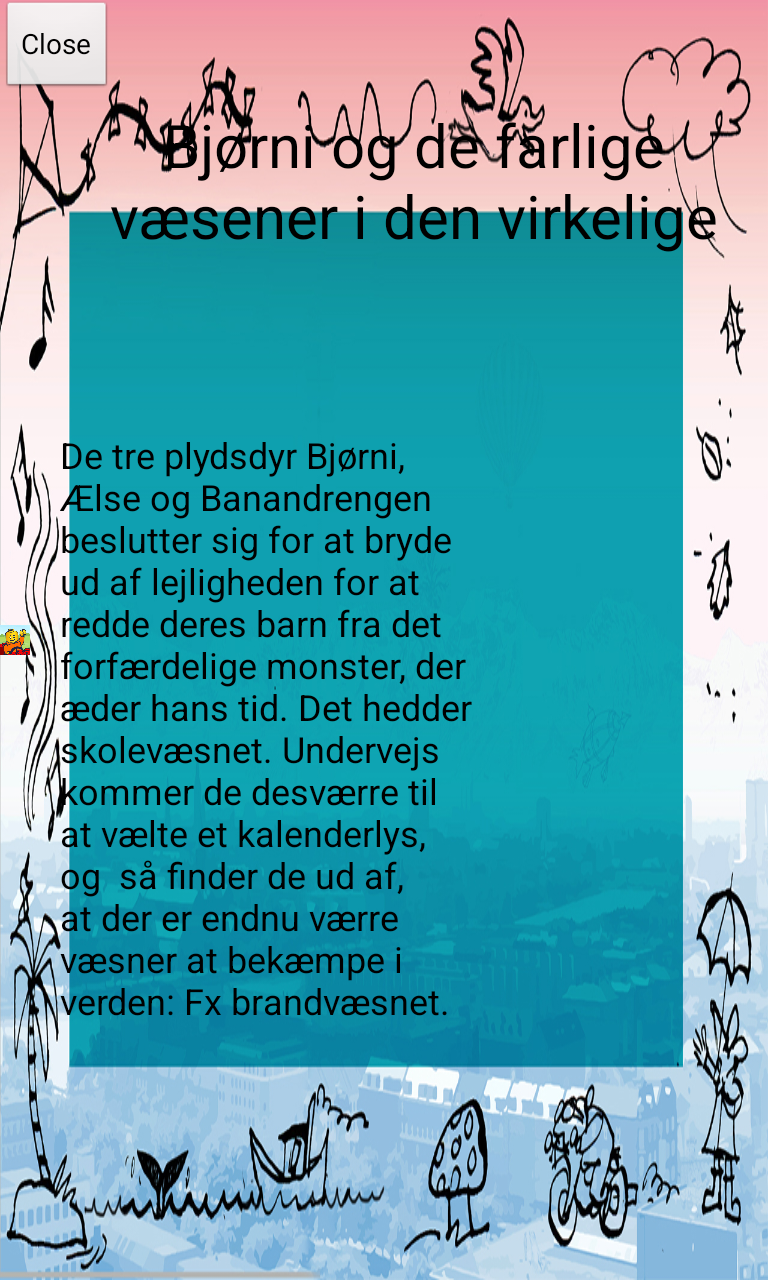
Repository: DreadMuffin/work
Layout: tablets/Historie/res/layout/popup3.xml
These files come from the project's save history. The layout is drawn as it stood at one moment and after the next save; the edit follows.
It is drawn on a 768 x 1280 px phone screen (xhdpi) without system bars, with theme android:Theme.NoTitleBar; the app's code is not run.

Above is the layout before, as saved 2015-02-26 04:57:42.

After the next save:
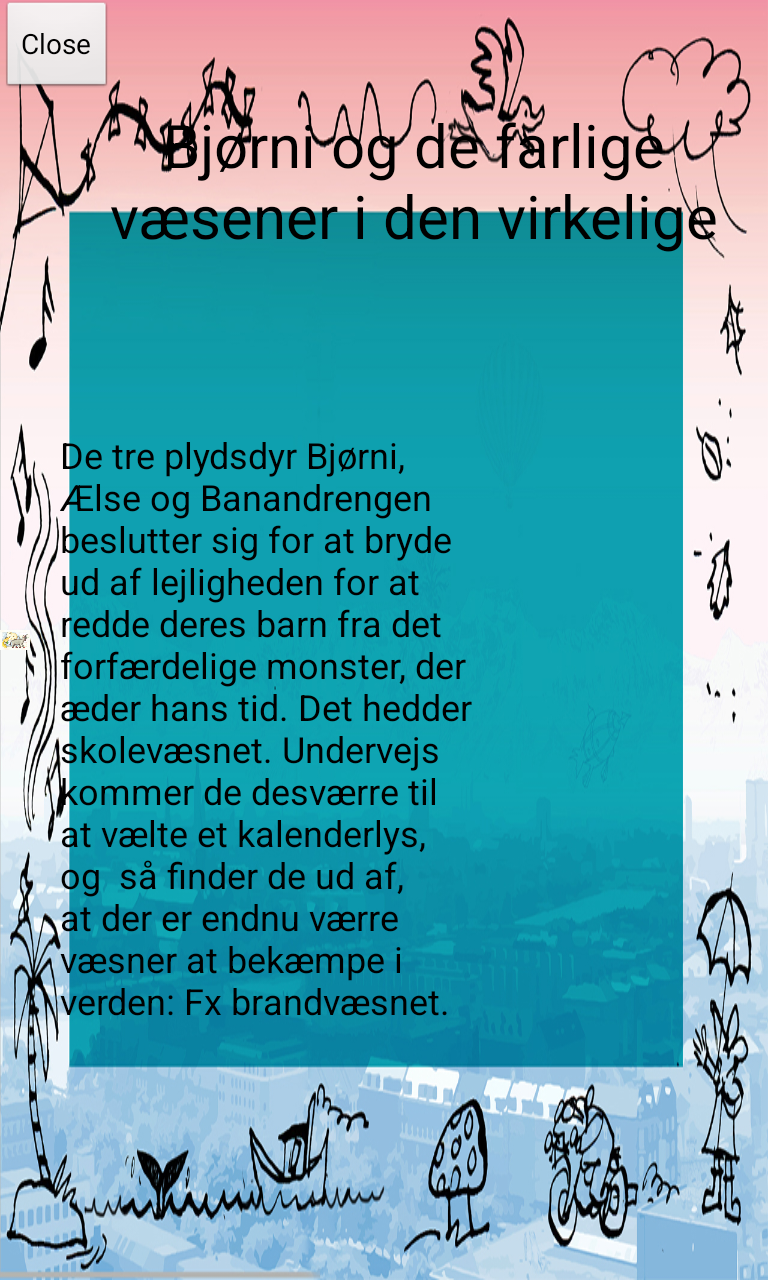
Saved 3 min 36 s later.
--- a/tablets/Historie/res/layout/popup3.xml
+++ b/tablets/Historie/res/layout/popup3.xml
@@ -47,6 +47,6 @@
         android:layout_marginRight="15dp"
         android:layout_centerVertical="true"
         android:layout_toLeftOf="@+id/textView1"
-        android:src="@drawable/tmp" />
+        android:src="@drawable/bjorni500" />
 
 </RelativeLayout>
